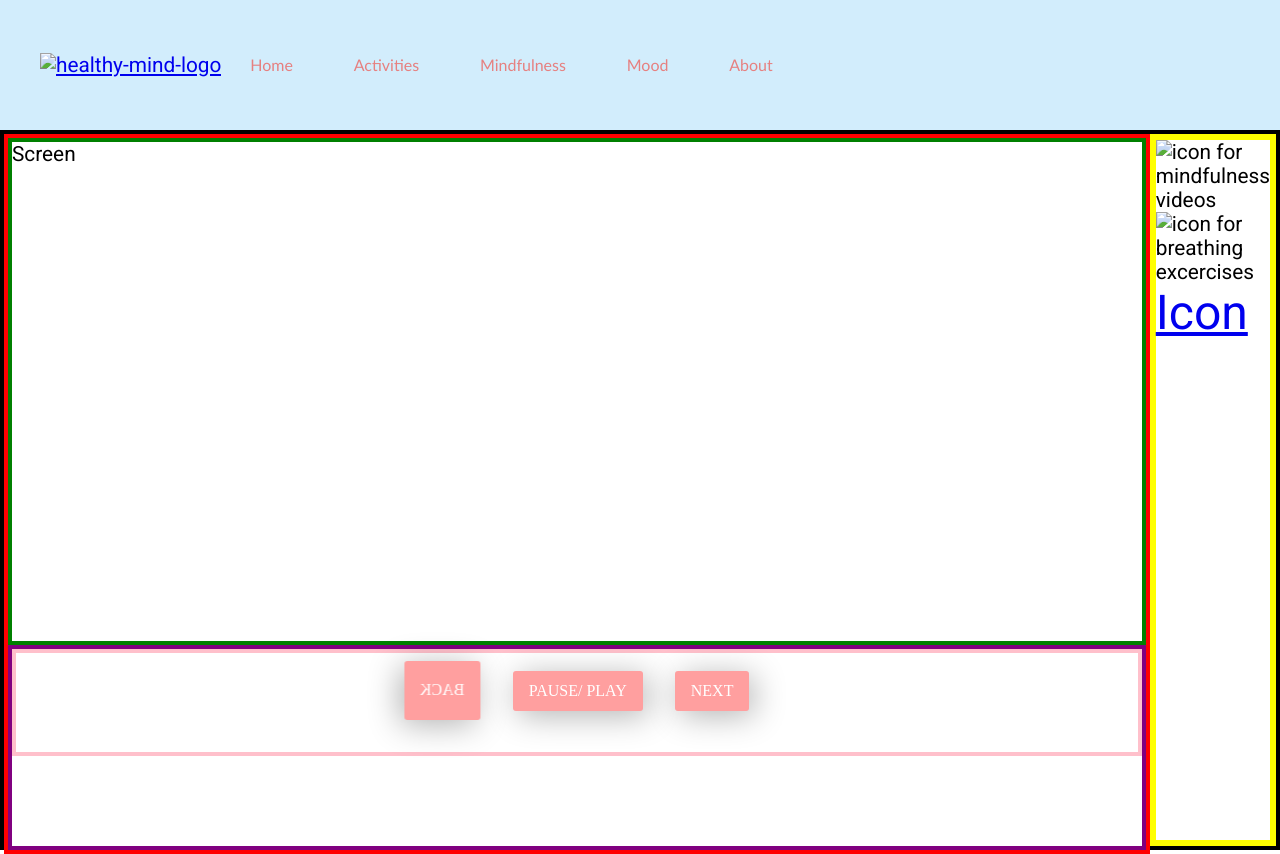
Repository: Nafisa-Huda/HealthierMind
Page: public/mindfulness.html
The author's editor kept a copy of each file at every save. The page is drawn from the files as they stood at one save, then again after a run of saves.
The browser window is 1280 px wide. The pictures show the whole page.
Some web fonts or font styles are not loaded; a fallback is used.

Above is the page before, as saved 2022-07-16 14:30:52.

After the next 3 saves:
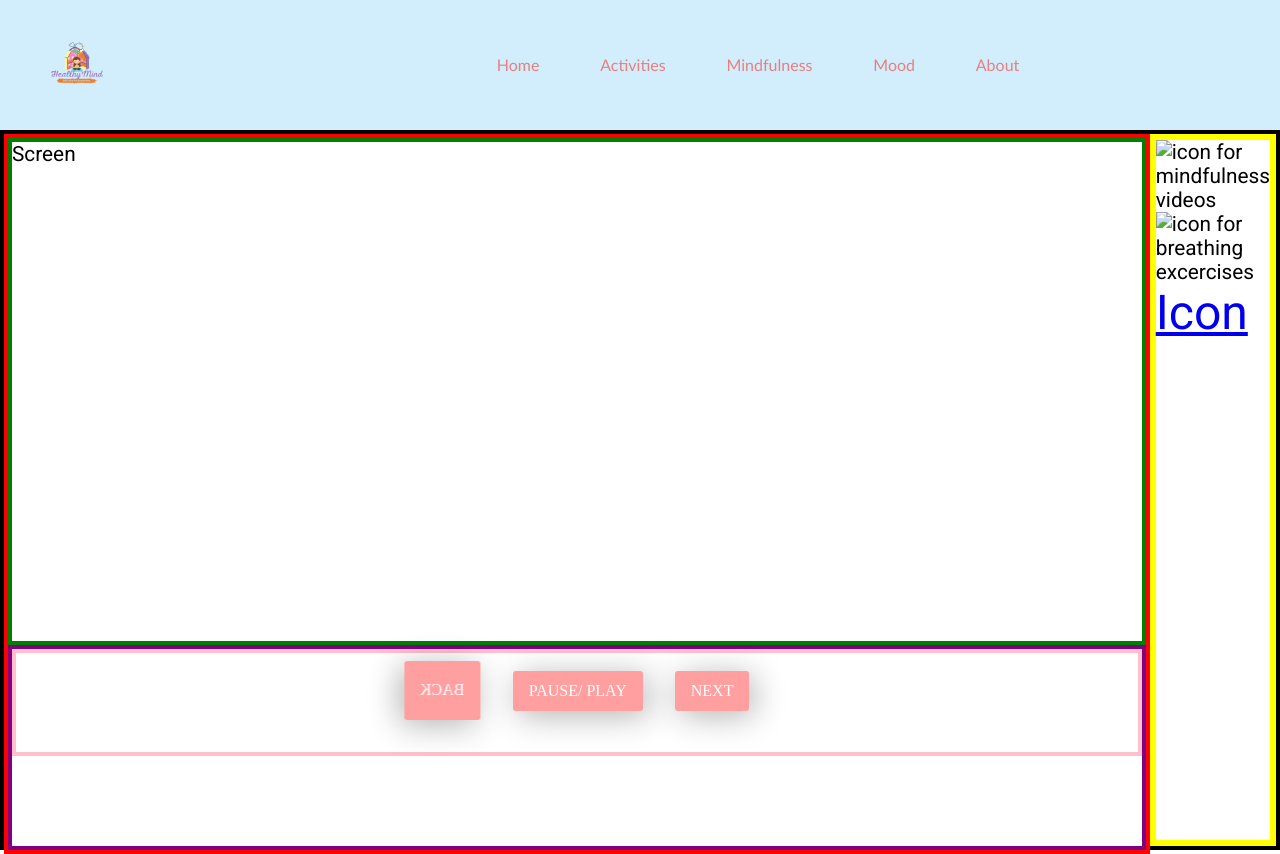
The 3 saves are shown as one change because they came seconds apart.
The last was saved 6 s later.
--- a/public/mindfulness.html
+++ b/public/mindfulness.html
@@ -19,7 +19,7 @@
 <body>
     <header>
         <div class="container row">
-            <a href="index.html"><img class="logo" src="./"
+            <a href="index.html"><img class="logo" src="../Images/Healthy-Mind-Logo.png"
                     alt="healthy-mind-logo"></a>
             <nav class="nav">
                 <ul class="nav__list">
